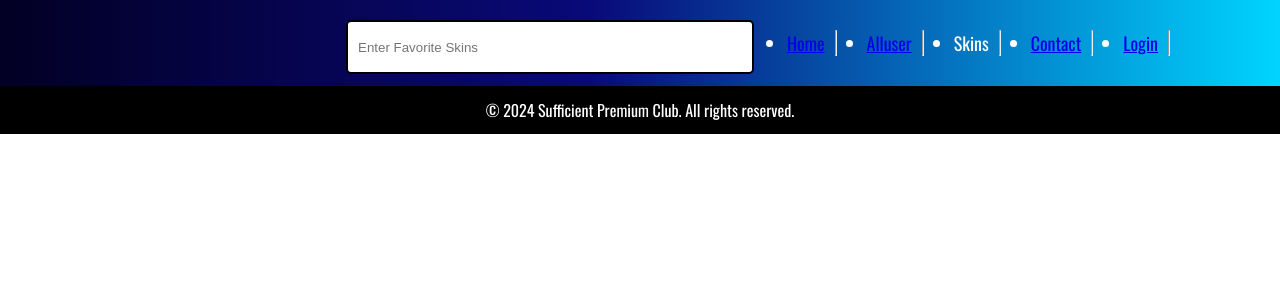
Repository: TechMukul/new
Page: /About
An editor plug-in stored every save of this project. The page is shown before and after the next save, followed by the edit.
The browser window is 1280 px wide. The pictures show the whole page.
Some web fonts or font styles are not loaded; a fallback is used. The project was rebuilt for these pictures with package versions that can differ from the ones it lists, and the page was loaded fresh each time. The framework's server and built-in components were replaced by stand-ins that run in the browser. Also part of the build but not shown: next.config.mjs.

Above is the page before, as saved 2024-08-09 15:00:52.

### pages/_app.tsx
// pages/_app.tsx
import { AppProps } from 'next/app';
import Head from 'next/head'; // Import Head from next/head
import '../styles/globals.css';
import Navbar from '@/Components/Navbar';
import Footer from '@/Components/Footer';

function MyApp({ Component, pageProps }: AppProps) {
  return (
    <>
      <Head>
        <link rel="preconnect" href="https://fonts.googleapis.com" />
        <link rel="preconnect" href="https://fonts.gstatic.com"  />
        <link
          href="https://fonts.googleapis.com/css2?family=Aclonica&family=Oswald:wght@200..700&display=swap"
          rel="stylesheet"
        />
      </Head>
      <Navbar />
      <Component {...pageProps} />
      <Footer />
    </>
  );
}

export default MyApp;

### styles/globals.css
*{
  margin: 0%;
  padding: 0%;
}

body {
  font-family: 'Oswald', sans-serif; /* Apply Oswald font to the whole document */
}

h1 {
  font-family: 'Aclonica', sans-serif; /* Apply Aclonica font to all h1 elements */
}

### Components/Navbar/index.tsx
import React, { useEffect, useState } from 'react';
import style from './index.module.scss';
import Link from 'next/link';
import axios from 'axios';
import { useRouter } from 'next/router';

const Navbar = () => {
  const [isMenuOpen, setIsMenuOpen] = useState(false);
  const [coins, setCoins] = useState<number>(0);  // Fixed variable name for clarity
  const [isAuthenticated, setIsAuthenticated] = useState<boolean>(false);
  const [userRole, setUserRole] = useState<string | null>(null);
  const router = useRouter();

  const toggleMenu = () => {
    setIsMenuOpen(prevState => !prevState);
  };

  useEffect(() => {
    const token = localStorage.getItem("accessToken");
    const role = localStorage.getItem("role");
    setIsAuthenticated(!!token);
    setUserRole(role);

    const fetchCoins = async () => {
      if (token) {
        try {
          const userId = localStorage.getItem("userId");
          if (userId) {
            const response = await axios.get(
              `https://www.referback.trollsufficient.com/admin/coins/${userId}`,
              {
                headers: {
                  Authorization: `Bearer ${token}`,
                  "Content-Type": "application/json",
                },
              }
            );
            setCoins(response.data.coins);
          }
        } catch (error) {
          console.error("Error fetching coins:", error);
        }
      }
    };

    fetchCoins();
  }, [isAuthenticated]);

  const handleLogout = () => {
    localStorage.removeItem("accessToken");
    localStorage.removeItem("userName");
    localStorage.removeItem("userId");
    localStorage.removeItem("userCoins");
    localStorage.removeItem("role");
    setCoins(0);
    setIsAuthenticated(false);
    setUserRole(null);
    router.push("/");
  };

  return (
    <>
      <div className={style.hamburger} onClick={toggleMenu}>
        ☰
      </div>
      <div className={style.image}></div>
      <div className={style.search_box}>
        <input className={style.input} placeholder='Enter Favorite Skins' />
      </div>
      <ul className={`${style.caintainer} ${isMenuOpen ? style.showMenu : ''}`}>
        <li className={style.items}>
          <div className={style.name}>
            <Link href="/">
              <p>Home</p>
            </Link>
            <hr className={style.line} />
          </div>
        </li>
        <li className={style.items}>
          <div className={style.name}>
            <Link href="/Tree">
              <p>Alluser</p>
            </Link>
            <hr className={style.line} />
          </div>
        </li>
        <li className={style.items}>
          <div className={style.name}>
            <p>Skins</p>
            <hr className={style.line} />
          </div>
        </li>
        <li className={style.items}>
          <div className={style.name}>
            <Link href="/contact">
              <p>Contact</p>
            </Link>
            <hr className={style.line} />
          </div>
        </li>
        <li className={style.items}>
          <div className={style.name}>
            {!isAuthenticated ? (
              <Link href="/Login">
                <p>Login</p>
              </Link>
            ) : (
              <button
                className={style.links}
                onClick={handleLogout}
              >
                Logout
              </button>
            )}
            <hr className={style.line} />
          </div>
        </li>
      </ul>
    </>
  );
};

export default Navbar;

### Components/Footer/index.tsx
import React from 'react';
import styles from './inde.module.scss';

const Footer = () => {
  return (
    <div className={styles.footer}>
      <div className={styles.text}>
        © 2024 Sufficient Premium Club. All rights reserved.
      </div>
      <div className={`${styles.icon} ${styles['mobile-hidden']}`}>
        {/* <img
          src='https://upload.wikimedia.org/wikipedia/commons/thumb/5/5e/WhatsApp_icon.png/598px-WhatsApp_icon.png'
          alt='WhatsApp Icon'
        /> */}
      </div>
    </div>
  );
}

export default Footer;

### Components/Navbar/index.module.scss
.caintainer {
  display: flex;
  justify-content: end;
  padding: 30px;
  color: white;
  background: rgb(2,0,36);
  background: linear-gradient(90deg, rgba(2,0,36,1) 0%, rgba(9,9,121,1) 46%, rgba(0,212,255,1) 100%);
  z-index: 40;
  gap: 30px;
}
.search_box{
    width:100%;
    // border: 1px solid white;
    position: absolute;
    // background-color: red;
    display: flex;
    justify-content: center;
    top: 20px;
    right: 90px;
    .input{
      padding: 10px;
      width: 30%;
      height: 30px;
      border: 2px solid black;
      border-radius: 5px;

    }
}
.items {
  position: relative;
  right: 80px;
  font-size: 18px;
}

.name {
  display: flex;
}

.name p {
  cursor: pointer;
}

.name p:hover {
  transform: scale(1.2);
  transition: transform 0.3s linear;
}

.line {
  margin-left:10px;
}



.hamburger {
  display: none;
  font-size: 24px;
  cursor: pointer;
  position: absolute;
  left: 20px;
  top: 20px;
  z-index: 50;
}

@media screen and (max-width: 768px) {
  .caintainer {
      display: none;
  }

  .hamburger {
      display: block;
      color: white;
  }
  .line{
      display: none;
  }
  .name {
      position: absolute;
      top: 100px;
      width: 100%;
      font-size: 30px;
  }
  .name p{
      border-bottom: 1px solid white;
      border-top: 1px solid white;
  }
  .showMenu {
      display: flex;
      flex-direction: column;
      justify-content: start;
      gap: 80px;
      align-items: center;
      top: 0px;
      height: 100vh;
      width: 70%;
      list-style-type: none;
  }
  .search_box{
    width:100%;
    position: absolute;
    display: flex;
    justify-content: center;
    top: 20px;
    right: 5px;
    .input{
      padding: 10px;
      width: 60%;
      height: 30px;
      border: 2px solid black;
      border-radius: 5px;

    }
  }
}

### Components/Footer/inde.module.scss
.footer {
    width: 100%;
    height: 3rem; /* Equivalent to h-12 in Tailwind */
    display: flex;
    justify-content: center;
    align-items: center;
    background-color: black;
    color: white;
    // position: absolute;
    bottom: 0;

    .text {
      margin: 0;
    }

    .icon {
      position: absolute;
      height: 2.5rem; /* Equivalent to h-10 in Tailwind */
      width: 3rem; /* Equivalent to w-12 in Tailwind */
      bottom: 1.75rem; /* Equivalent to bottom-7 in Tailwind */
      right: 3.5rem; /* Equivalent to right-14 in Tailwind */
      cursor: pointer;
      transition: transform 0.3s ease; /* For hover effect */

      &:hover {
        transform: scale(1.10);
      }

      &.mobile-hidden {
        @media (max-width: 768px) {
          display: none; /* Hide on mobile screens */
        }
      }
    }
  }

Loaded but not shown: pages/About/index.tsx (common file)

After the next save:
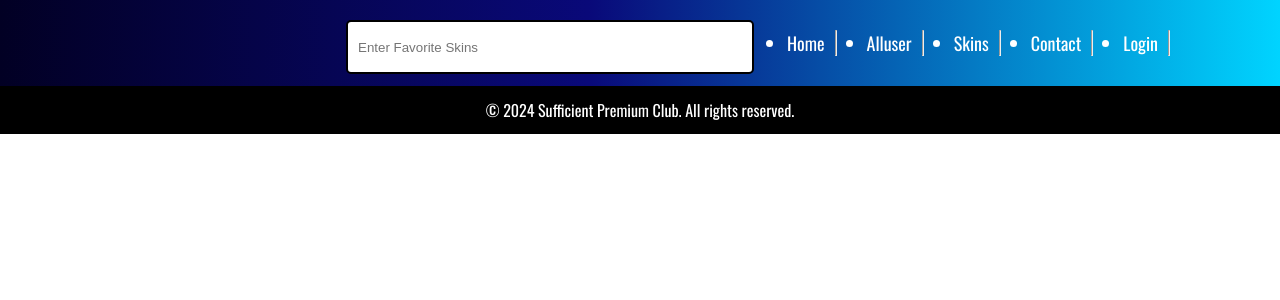
Saved 29 s later.
--- a/Components/Navbar/index.tsx
+++ b/Components/Navbar/index.tsx
@@ -70,7 +70,7 @@ const Navbar = () => {
       <ul className={`${style.caintainer} ${isMenuOpen ? style.showMenu : ''}`}>
         <li className={style.items}>
           <div className={style.name}>
-            <Link href="/">
+            <Link href="/"  style={{textDecoration:"none",color:"white"}}>
               <p>Home</p>
             </Link>
             <hr className={style.line} />
@@ -78,7 +78,7 @@ const Navbar = () => {
         </li>
         <li className={style.items}>
           <div className={style.name}>
-            <Link href="/Tree">
+            <Link href="/Tree"  style={{textDecoration:"none",color:"white"}}>
               <p>Alluser</p>
             </Link>
             <hr className={style.line} />
@@ -92,7 +92,7 @@ const Navbar = () => {
         </li>
         <li className={style.items}>
           <div className={style.name}>
-            <Link href="/contact">
+            <Link href="/contact"  style={{textDecoration:"none",color:"white"}}>
               <p>Contact</p>
             </Link>
             <hr className={style.line} />
@@ -101,7 +101,7 @@ const Navbar = () => {
         <li className={style.items}>
           <div className={style.name}>
             {!isAuthenticated ? (
-              <Link href="/Login">
+              <Link href="/Login"  style={{textDecoration:"none",color:"white"}}>
                 <p>Login</p>
               </Link>
             ) : (
